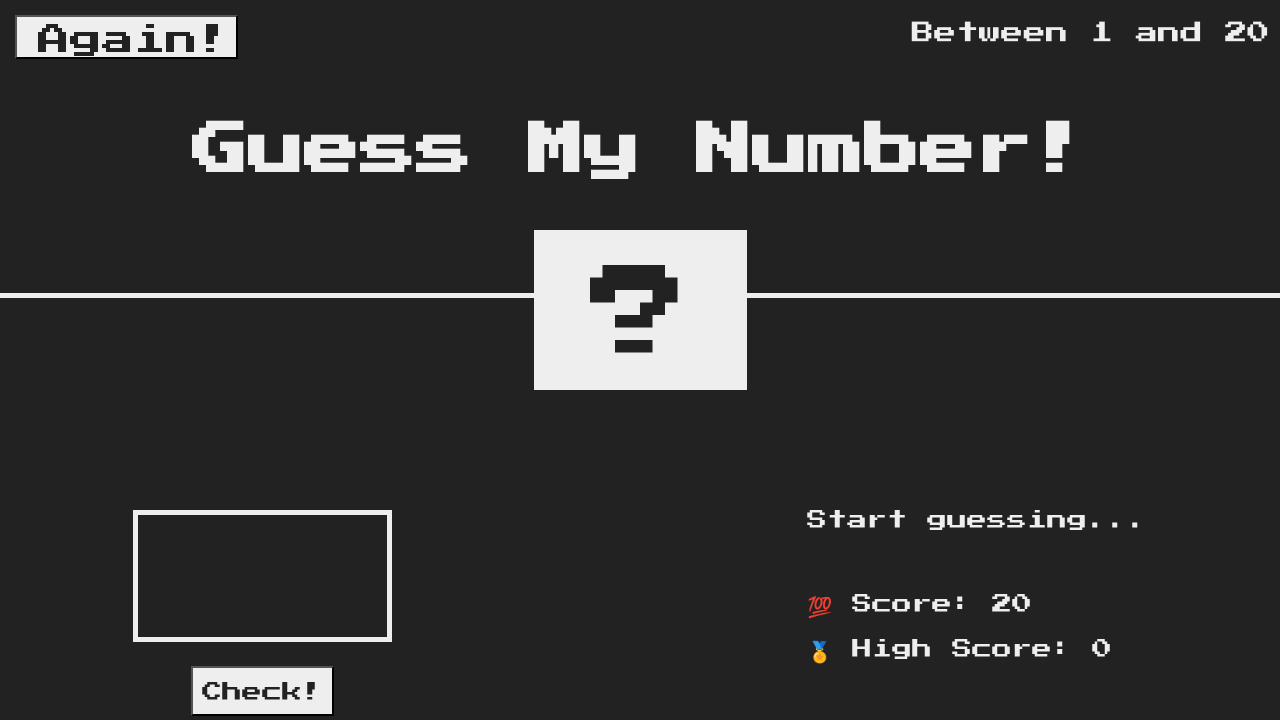
Repository: Aaryan-Poria/guess-the-number
Page: index.html
The author's editor kept a copy of each file at every save. The page is drawn from the files as they stood at one save, then again after the next save.
The browser window is 1280 px wide. The pictures show the whole page.

Above is the page before, as saved 2023-08-19 18:21:41.

### index.html
<!DOCTYPE html>
<html lang="en">
  <head>
    <link rel="preconnect" href="https://fonts.googleapis.com" />
    <link rel="preconnect" href="https://fonts.gstatic.com" crossorigin />
    <link
      href="https://fonts.googleapis.com/css2?family=Press+Start+2P&display=swap"
      rel="stylesheet"
    />

    <meta charset="UTF-8" />
    <meta name="viewport" content="width=device-width, initial-scale=1.0" />
    <title>Guess My Number Game</title>
    <link rel="stylesheet" href="style.css" />
  </head>
  <body>
    <section class="page-top">
      <div class="header">
        <button class="btn again">Again!</button>
        <p class="between">Between 1 and 20</p>
      </div>
      <h3 class="guessText">Guess My Number!</h3>
    </section>
    <p class="number">?</p>
    <section class="page-bottom">
      <div class="interact">
        <label for="userInput">
          <input type="number" name="userInput" id="userInput" />
        </label>
        <button class="check">Check!</button>
      </div>
      <div class="text">
        <p class="startGuessing">Start guessing...</p>
        <p class="score">💯 Score: 20</p>
        <p class="highScore">🏅 High Score: 0</p>
      </div>
    </section>
    <script src="script.js"></script>
  </body>
</html>

### style.css
* {
  background-color: rgb(34, 34, 34);
  color: #eee;
  font-family: "Press Start 2P", cursive;
}

body {
  margin: 0;
  padding: 0;
  display: flex;
  flex-direction: column;
}
section.page-top {
  display: flex;
  flex-direction: column;
  justify-content: center;
  align-items: center;
  /* flex-grow: 1; */
  /* flex-shrink: 1; */
  flex-basis: 100%;
  border-bottom: 5px solid #eee;
  margin-bottom: -168px;
  padding-bottom: 58px;
}
div.header {
  display: flex;
  justify-content: space-between;
  align-items: flex-start;
  width: 100%;
}
.again {
  font-size: 2rem;
  padding-top: 7px;
  padding-left: 21px;
  background-color: #eee;
  color: rgb(34, 34, 34);
  display: flex;
  justify-content: center;
  align-items: center;
  margin-top: 15px;
  margin-left: 15px;
}
.between {
  display: flex;
  font-size: 1.4rem;
  padding-right: 10px;
  justify-content: center;
  align-items: center;
}
.guessText {
  font-size: 3.5rem;
}
p.number {
  color: rgb(34, 34, 34);
  background-color: #eee;
  display: flex;
  width: 213px;
  height: 150px;
  align-self: center;
  justify-content: center;
  align-items: center;
  font-size: 100px;
  padding-top: 10px;
}
section.page-bottom {
  display: flex;
  justify-content: space-around;
  align-items: flex-start;
  margin-top: 20px;
}
.interact {
  display: flex;
  flex-direction: column;
}
#userInput {
  border: 5px solid #eee;
  height: 120px;
  font-size: 3.5rem;
  width: 245px;
  text-indent: 60px;
}
.check {
  display: flex;
  font-size: 20px;
  background-color: #eee;
  color: rgb(34, 34, 34);
  width: 143px;
  height: 50px;
  margin-top: 24px;
  justify-content: center;
  align-self: center;
  padding-top: 14px;
}
.text {
  display: flex;
  flex-direction: column;
  font-size: 20px;
  margin-left: 150px;
}
.startGuessing {
  margin-top: 0px;
  padding-top: 0px;
}
.score {
  margin-top: 44px;
}
.highScore {
  margin-top: 0px;
}

### script.js
"use strict";

const querySelector = document.querySelector.bind(document);

function generateRandomNumber() {
  return Math.trunc(Math.random() * 20) + 1;
}

let score = 20;
let highscore = 0;

const secretNumber = generateRandomNumber();

document.querySelector(".check").addEventListener("click", function () {
  const guess = Number(document.querySelector("#userInput").value);

  if (!guess) {
    document.querySelector(".startGuessing").textContent =
      "🚫 No Number Guessed!";
  } else if (guess === secretNumber) {
    document.querySelector(".startGuessing").textContent = "🎉 Correct Number!";
    document.querySelector("body").style.backgroundColor = "#7CFC00";

    if (score > highscore) {
      highscore = score;
      document.querySelector(
        ".highScore"
      ).textContent = `🏅 High Score: ${highscore}`;
    }
  } else if (score > 1) {
    if (guess > secretNumber) {
      document.querySelector(".startGuessing").textContent = "📈 Too High!";
      score--;
      document.querySelector(".score").textContent = `💯 Score: ${score}`;
    } else {
      document.querySelector(".startGuessing").textContent = "📉 Too Low!";
      score--;
      document.querySelector(".score").textContent = `💯 Score: ${score}`;
    }
  } else {
    document.querySelector(".startGuessing").textContent =
      "😔 You Lost the Game!";
  }
});

After the next save:
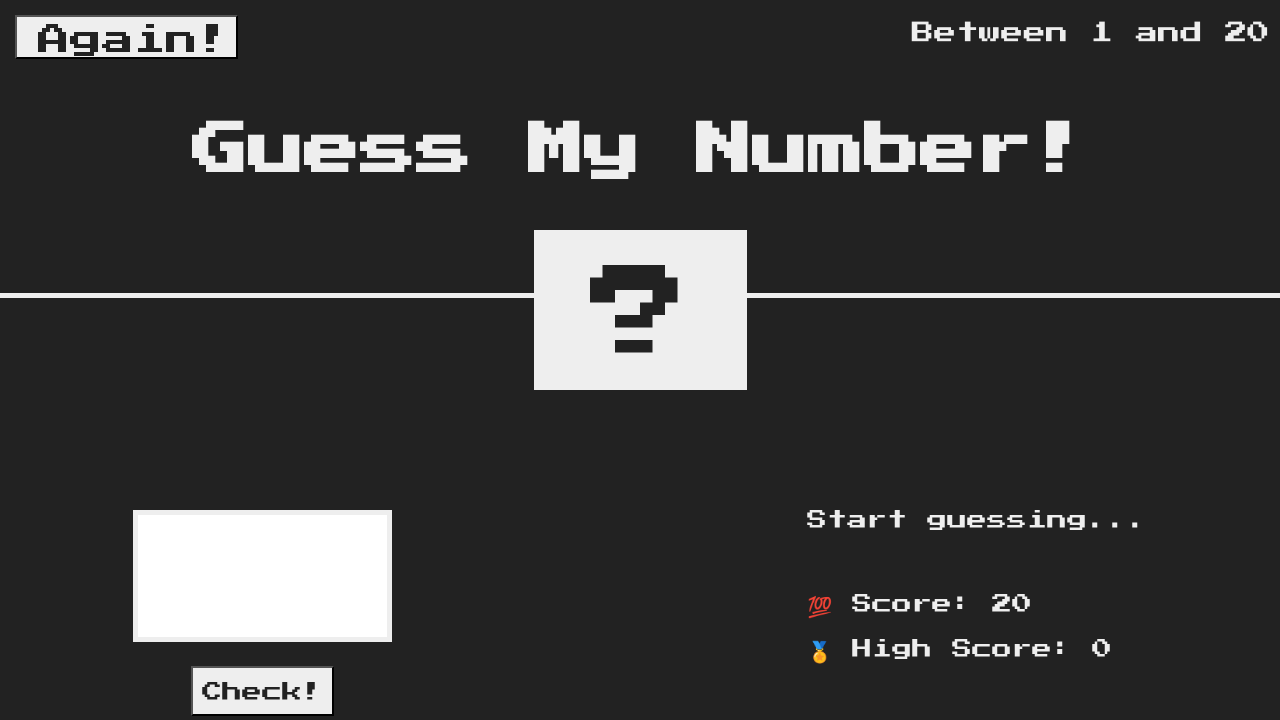
Saved 91 s later.
--- a/style.css
+++ b/style.css
@@ -1,5 +1,4 @@
 * {
-  background-color: rgb(34, 34, 34);
   color: #eee;
   font-family: "Press Start 2P", cursive;
 }
@@ -9,6 +8,7 @@ body {
   padding: 0;
   display: flex;
   flex-direction: column;
+  background-color: rgb(34, 34, 34);
 }
 section.page-top {
   display: flex;

After the save that followed:
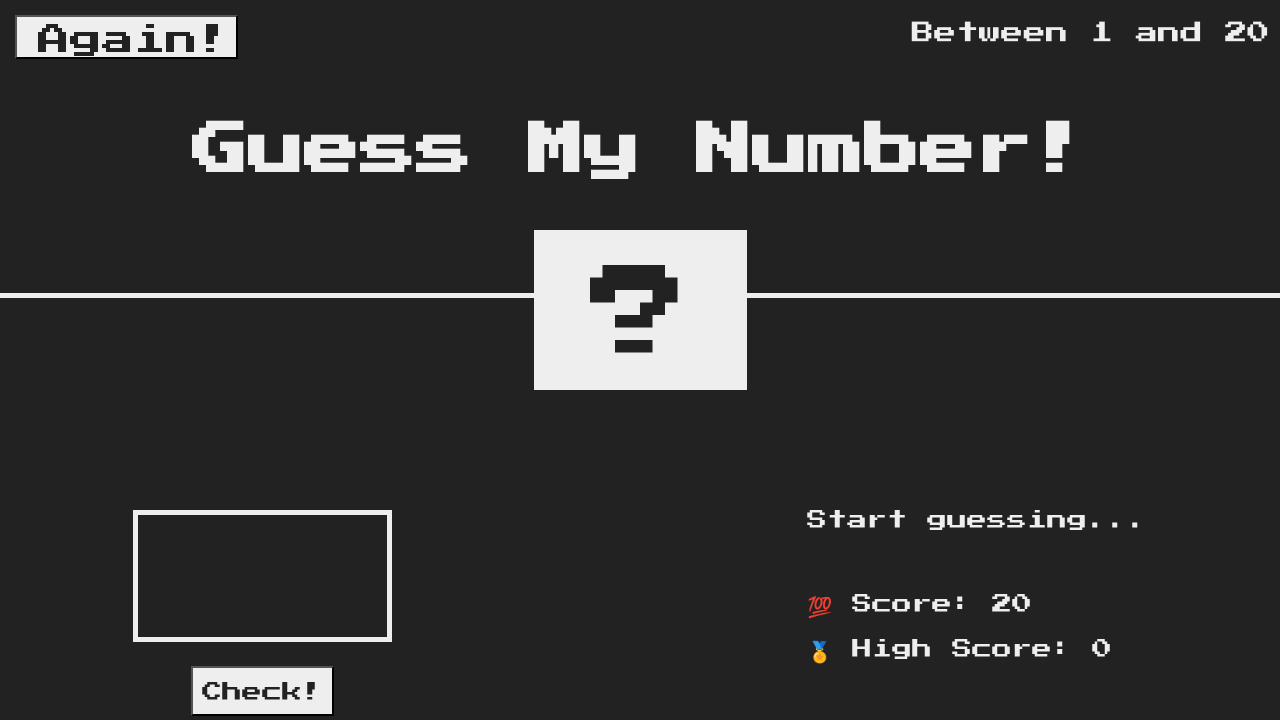
Saved 2 min 42 s later.
--- a/style.css
+++ b/style.css
@@ -73,6 +73,8 @@ section.page-bottom {
   flex-direction: column;
 }
 #userInput {
+  background-color: rgb(34, 34, 34);
+  color: #eee;
   border: 5px solid #eee;
   height: 120px;
   font-size: 3.5rem;
